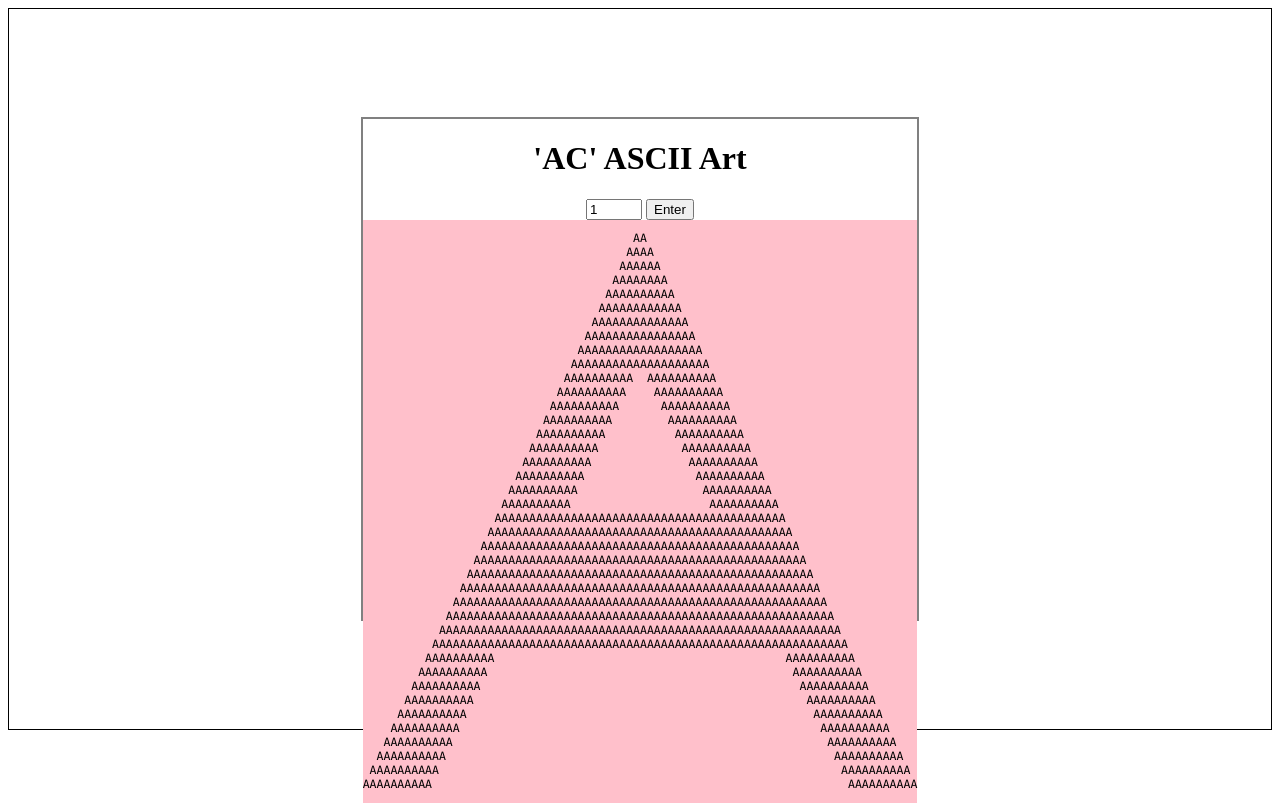
Repository: Achorn/ascii-art
Page: index.html
These files come from the project's save history. The page is drawn as it stood at one moment and after a run of saves; the edit follows.
The browser window is 1280 px wide. The pictures show the whole page.

Above is the page before, as saved 2021-08-09 18:42:27.

After the next 3 saves:
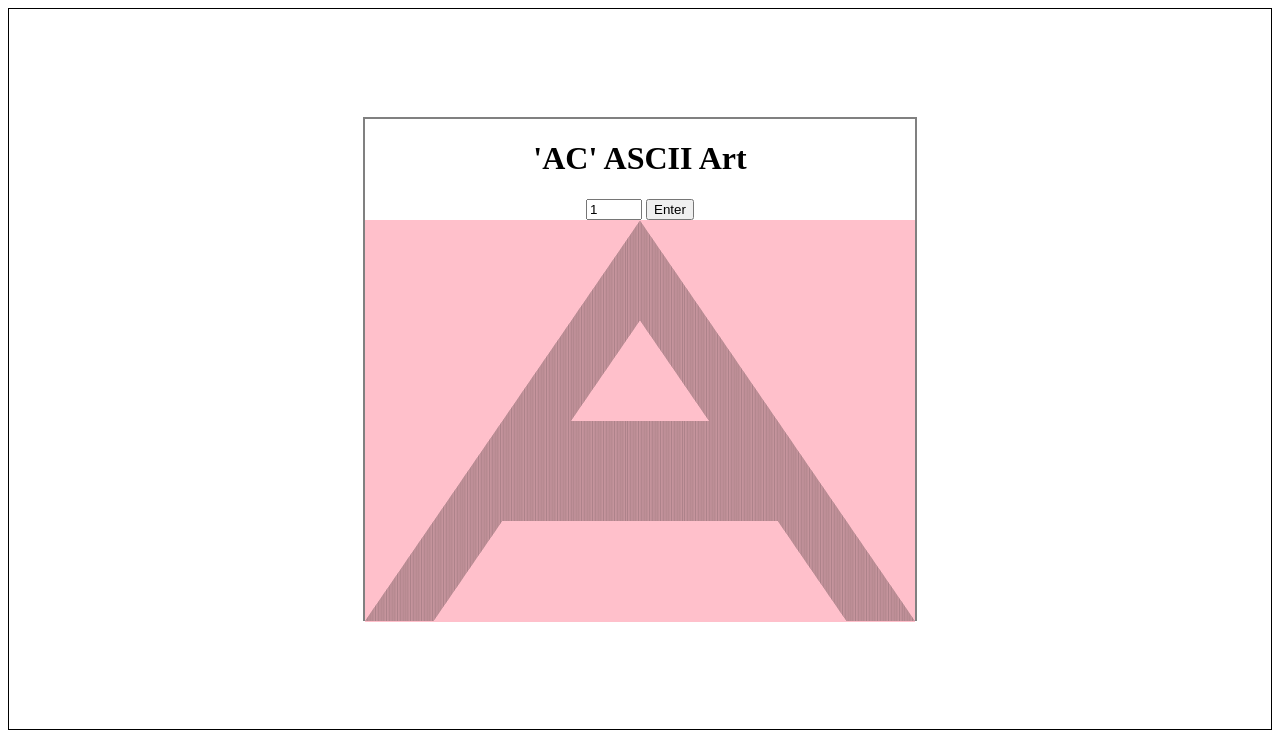
The 3 saves are shown as one change because they came seconds apart.
The last was saved 11 s later.
--- a/myscripts.js
+++ b/myscripts.js
@@ -73,12 +73,12 @@ function trimA(arr, lWidth) {
 
 let monoA = document.getElementById("mono-a");
 let monoC = document.getElementById("mono-c");
-let scale = 10;
+let scale = 100;
 let scaledFour = scaleSpread(four, scale);
 trimA(scaledFour, scale);
 
 let scaledEight = scaleSpread(eight, 5);
-trimA(scaledEight, 1);
+trimA(scaledEight, 4);
 // mono.innerHTML = halfArrToString(scaleSpread(four, 7));
 monoA.style.fontSize = `${9 / scale}vw`;
 // monoC.style.fontSize = `${4 / scale}em`;
